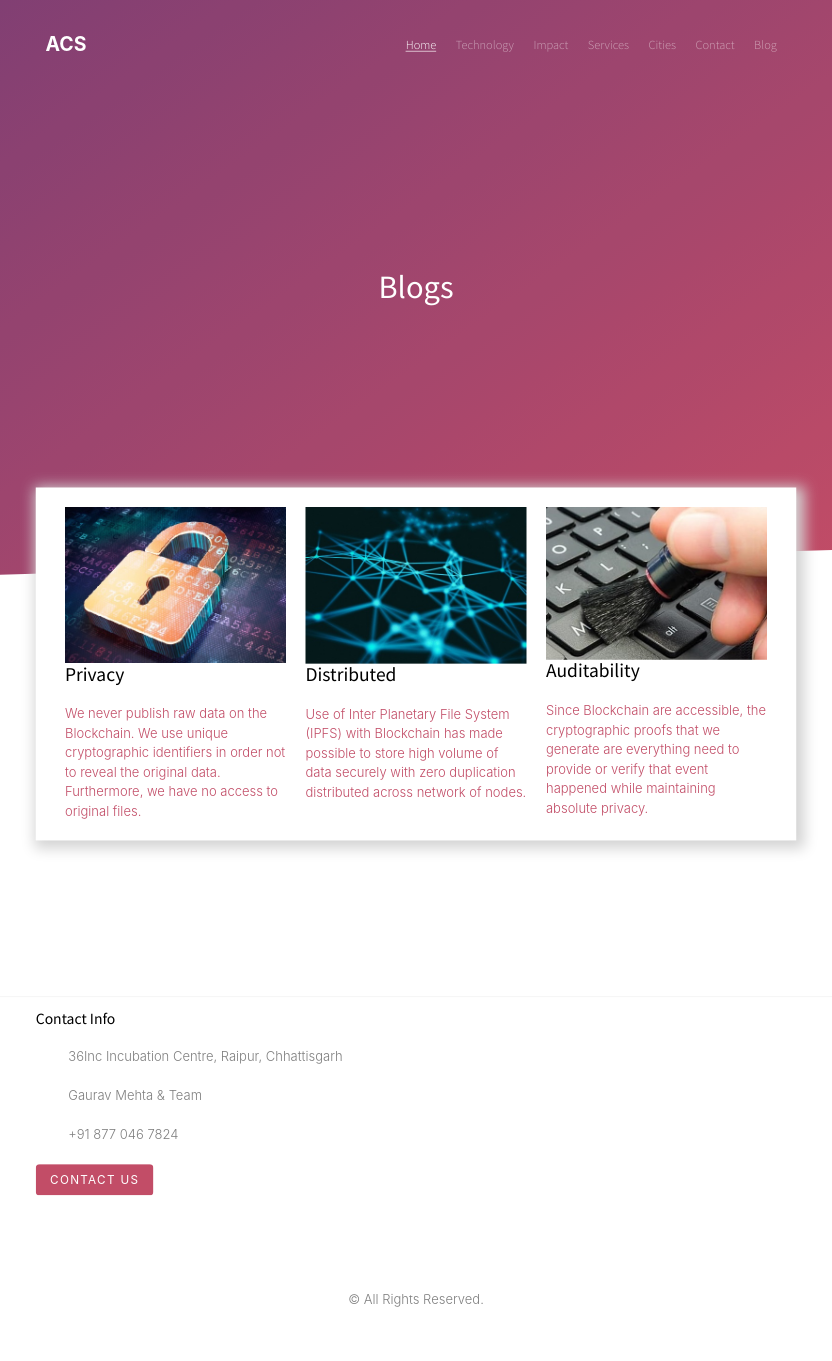
Repository: agarwalrahul-22/acs
Page: /blog
An editor plug-in stored every save of this project. The page is shown before and after the next save, followed by the edit.
The browser window is 1280 px wide. The pictures show the whole page, at 65% of full size.
Some web fonts or font styles are not loaded; a fallback is used. The project was rebuilt for these pictures with package versions that can differ from the ones it lists, and the page was loaded fresh each time. Also part of the build but not shown: src/components/main/LandingComponent.js, src/components/main/TechComponent.js, src/components/main/ImpactComponent.js, src/components/main/ServicesComponent.js, src/components/main/CitiesComponent.js, src/components/main/ContactComponent.js, src/components/MainComponent.js, src/components/IBlogComponent.js.

Above is the page before, as saved 2022-10-10 22:29:10.

### public/index.html
<!DOCTYPE html>
<html lang="en">
  <head>
    <meta charset="utf-8" />
    <link rel="icon" href="%PUBLIC_URL%/favicon.ico" />
    <meta name="viewport" content="width=device-width, initial-scale=1" />
    <meta name="theme-color" content="#000000" />
    <meta name="description" content="Blockchain based Atithi Compliance System" />
    <link rel="apple-touch-icon" href="%PUBLIC_URL%/logo192.png" />
    <link href='https://fonts.googleapis.com/css?family=Source+Sans+Pro:400,300,600,400italic,700' rel='stylesheet'
      type='text/css'>
    <link rel="stylesheet" href="css/animate.css">
    <link rel="stylesheet" href="css/icomoon.css">
    <link rel="stylesheet" href="css/simple-line-icons.css">
    <link rel="stylesheet" href="css/magnific-popup.css">
    <link rel="stylesheet" href="css/bootstrap.css">
    <link rel="stylesheet" href="css/style3.css">
    <!--
      manifest.json provides metadata used when your web app is installed on a
      user's mobile device or desktop. See https://developers.google.com/web/fundamentals/web-app-manifest/
    -->
    <link rel="manifest" href="%PUBLIC_URL%/manifest.json" />
    <!--
      Notice the use of %PUBLIC_URL% in the tags above.
      It will be replaced with the URL of the `public` folder during the build.
      Only files inside the `public` folder can be referenced from the HTML.

      Unlike "/favicon.ico" or "favicon.ico", "%PUBLIC_URL%/favicon.ico" will
      work correctly both with client-side routing and a non-root public URL.
      Learn how to configure a non-root public URL by running `npm run build`.
    -->
    <title>Atithi Compliance System</title>
  </head>
  <body>
    <noscript>You need to enable JavaScript to run this app.</noscript>
    <div id="root"></div>
    <!--
      This HTML file is a template.
      If you open it directly in the browser, you will see an empty page.

      You can add webfonts, meta tags, or analytics to this file.
      The build step will place the bundled scripts into the <body> tag.

      To begin the development, run `npm start` or `yarn start`.
      To create a production bundle, use `npm run build` or `yarn build`.
    -->
  </body>
</html>

### src/components/FooterComponent.js
import React from 'react'

export default function FooterComponent() {
  return (
    <div>
      <section id="fh5co-contact" data-section="contact">
        <hr style={{color:'pink'}}/>
        <div className="container">
          <div className="row">
            <div className="row row-bottom-padded-md">
              <div className="col-md-6 to-animate">
                <h3>Contact Info</h3>
                <ul className="fh5co-contact-info">
                  <li>
                    <i className="icon-home"></i>36Inc Incubation Centre,
                    Raipur, Chhattisgarh
                  </li>
                  <li>
                    <i className="icon-envelope"></i>Gaurav Mehta & Team
                  </li>
                  <li>
                    <i className="icon-phone"></i>+91 877 046 7824
                  </li>
                </ul>
                <div className="form-group ">
                  <a
                    rel="noopener"
                    className="btn btn-primary btn-lg"
                    target="_blank"
                    href="https://docs.google.com/forms/d/e/1FAIpQLScY8eRM8vKYqxOk8EkxHlNGjagj-Hm-ePQu4LbVlgjD5vNo3w/viewform"
                  >
                    Contact Us
                  </a>
                </div>
              </div>
            </div>
          </div>
        </div>
      </section>
      <footer id="footer" role="contentinfo">
        <a href="#" className="gotop js-gotop">
          <i className="icon-arrow-up2"></i>
        </a>
        <div className="container">
          <div className="">
            <div className="col-md-12 text-center">
              <p>&copy; All Rights Reserved.</p>
            </div>
          </div>
        </div>
      </footer>
    </div>
  );
}

### public/css/simple-line-icons.css
@font-face {
  font-family: 'simple-line-icons';
  src:  url('../fonts/simple-line-icons/Simple-Line-Icons.eot?v=2.2.2');
  src:  url('../fonts/simple-line-icons/Simple-Line-Icons.eot?#iefix&v=2.2.2') format('embedded-opentype'),
        url('../fonts/simple-line-icons/Simple-Line-Icons.ttf?v=2.2.2') format('truetype'),
        url('../fonts/simple-line-icons/Simple-Line-Icons.woff2?v=2.2.2') format('woff2'),
        url('../fonts/simple-line-icons/Simple-Line-Icons.woff?v=2.2.2') format('woff'),
        url('../fonts/simple-line-icons/Simple-Line-Icons.svg?v=2.2.2#simple-line-icons') format('svg');
  font-weight: normal;
  font-style: normal;
}
/*
 Use the following CSS code if you want to have a class per icon.
 Instead of a list of all class selectors, you can use the generic [class*="icon-"] selector, but it's slower:
*/
.icon-user,
.icon-people,
.icon-user-female,
.icon-user-follow,
.icon-user-following,
.icon-user-unfollow,
.icon-login,
.icon-logout,
.icon-emotsmile,
.icon-phone,
.icon-call-end,
.icon-call-in,
.icon-call-out,
.icon-map,
.icon-location-pin,
.icon-direction,
.icon-directions,
.icon-compass,
.icon-layers,
.icon-menu,
.icon-list,
.icon-options-vertical,
.icon-options,
.icon-arrow-down,
.icon-arrow-left,
.icon-arrow-right,
.icon-arrow-up,
.icon-arrow-up-circle,
.icon-arrow-left-circle,
.icon-arrow-right-circle,
.icon-arrow-down-circle,
.icon-check,
.icon-clock,
.icon-plus,
.icon-close,
.icon-trophy,
.icon-screen-smartphone,
.icon-screen-desktop,
.icon-plane,
.icon-notebook,
.icon-mustache,
.icon-mouse,
.icon-magnet,
.icon-energy,
.icon-disc,
.icon-cursor,
.icon-cursor-move,
.icon-crop,
.icon-chemistry,
.icon-speedometer,
.icon-shield,
.icon-screen-tablet,
.icon-magic-wand,
.icon-hourglass,
.icon-graduation,
.icon-ghost,
.icon-game-controller,
.icon-fire,
.icon-eyeglass,
.icon-envelope-open,
.icon-envelope-letter,
.icon-bell,
.icon-badge,
.icon-anchor,
.icon-wallet,
.icon-vector,
.icon-speech,
.icon-puzzle,
.icon-printer,
.icon-present,
.icon-playlist,
.icon-pin,
.icon-picture,
.icon-handbag,
.icon-globe-alt,
.icon-globe,
.icon-folder-alt,
.icon-folder,
.icon-film,
.icon-feed,
.icon-drop,
.icon-drawar,
.icon-docs,
.icon-doc,
.icon-diamond,
.icon-cup,
.icon-calculator,
.icon-bubbles,
.icon-briefcase,
.icon-book-open,
.icon-basket-loaded,
.icon-basket,
.icon-bag,
.icon-action-undo,
.icon-action-redo,
.icon-wrench,
.icon-umbrella,
.icon-trash,
.icon-tag,
.icon-support,
.icon-frame,
.icon-size-fullscreen,
.icon-size-actual,
.icon-shuffle,
.icon-share-alt,
.icon-share,
.icon-rocket,
.icon-question,
.icon-pie-chart,
.icon-pencil,
.icon-note,
.icon-loop,
.icon-home,
.icon-grid,
.icon-graph,
.icon-microphone,
.icon-music-tone-alt,
.icon-music-tone,
.icon-earphones-alt,
.icon-earphones,
.icon-equalizer,
.icon-like,
.icon-dislike,
.icon-control-start,
.icon-control-rewind,
.icon-control-play,
.icon-control-pause,
.icon-control-forward,
.icon-control-end,
.icon-volume-1,
.icon-volume-2,
.icon-volume-off,
.icon-calendar,
.icon-bulb,
.icon-chart,
.icon-ban,
.icon-bubble,
.icon-camrecorder,
.icon-camera,
.icon-cloud-download,
.icon-cloud-upload,
.icon-envelope,
.icon-eye,
.icon-flag,
.icon-heart,
.icon-info,
.icon-key,
.icon-link,
.icon-lock,
.icon-lock-open,
.icon-magnifier,
.icon-magnifier-add,
.icon-magnifier-remove,
.icon-paper-clip,
.icon-paper-plane,
.icon-power,
.icon-refresh,
.icon-reload,
.icon-settings,
.icon-star,
.icon-symble-female,
.icon-symbol-male,
.icon-target,
.icon-credit-card,
.icon-paypal,
.icon-social-tumblr,
.icon-social-twitter,
.icon-social-facebook,
.icon-social-instagram,
.icon-social-linkedin,
.icon-social-pinterest,
.icon-social-github,
.icon-social-gplus,
.icon-social-reddit,
.icon-social-skype,
.icon-social-dribbble,
.icon-social-behance,
.icon-social-foursqare,
.icon-social-soundcloud,
.icon-social-spotify,
.icon-social-stumbleupon,
.icon-social-youtube,
.icon-social-dropbox {
  font-family: 'simple-line-icons';
  speak: none;
  font-style: normal;
  font-weight: normal;
  font-variant: normal;
  text-transform: none;
  line-height: 1;
  /* Better Font Rendering =========== */
  -webkit-font-smoothing: antialiased;
  -moz-osx-font-smoothing: grayscale;
}
.icon-user:before {
  content: "\e005";
}
.icon-people:before {
  content: "\e001";
}
.icon-user-female:before {
  content: "\e000";
}
.icon-user-follow:before {
  content: "\e002";
}
.icon-user-following:before {
  content: "\e003";
}
.icon-user-unfollow:before {
  content: "\e004";
}
.icon-login:before {
  content: "\e066";
}
.icon-logout:before {
  content: "\e065";
}
.icon-emotsmile:before {
  content: "\e021";
}
.icon-phone:before {
  content: "\e600";
}
.icon-call-end:before {
  content: "\e048";
}
.icon-call-in:before {
  content: "\e047";
}
.icon-call-out:before {
  content: "\e046";
}
.icon-map:before {
  content: "\e033";
}
.icon-location-pin:before {
  content: "\e096";
}
.icon-direction:before {
  content: "\e042";
}
.icon-directions:before {
  content: "\e041";
}
.icon-compass:before {
  content: "\e045";
}
.icon-layers:before {
  content: "\e034";
}
.icon-menu:before {
  content: "\e601";
}
.icon-list:before {
  content: "\e067";
}
.icon-options-vertical:before {
  content: "\e602";
}
.icon-options:before {
  content: "\e603";
}
.icon-arrow-down:before {
  content: "\e604";
}
.icon-arrow-left:before {
  content: "\e605";
}
.icon-arrow-right:before {
  content: "\e606";
}
.icon-arrow-up:before {
  content: "\e607";
}
.icon-arrow-up-circle:before {
  content: "\e078";
}
.icon-arrow-left-circle:before {
  content: "\e07a";
}
.icon-arrow-right-circle:before {
  content: "\e079";
}
.icon-arrow-down-circle:before {
  content: "\e07b";
}
.icon-check:before {
  content: "\e080";
}
.icon-clock:before {
  content: "\e081";
}
.icon-plus:before {
  content: "\e095";
}
.icon-close:before {
  content: "\e082";
}
.icon-trophy:before {
  content: "\e006";
}
.icon-screen-smartphone:before {
  content: "\e010";
}
.icon-screen-desktop:before {
  content: "\e011";
}
.icon-plane:before {
  content: "\e012";
}
.icon-notebook:before {
  content: "\e013";
}
.icon-mustache:before {
  content: "\e014";
}
.icon-mouse:before {
  content: "\e015";
}
.icon-magnet:before {
  content: "\e016";
}
.icon-energy:before {
  content: "\e020";
}
.icon-disc:before {
  content: "\e022";
}
.icon-cursor:before {
  content: "\e06e";
}
.icon-cursor-move:before {
  content: "\e023";
}
.icon-crop:before {
  content: "\e024";
}
.icon-chemistry:before {
  content: "\e026";
}
.icon-speedometer:before {
  content: "\e007";
}
.icon-shield:before {
  content: "\e00e";
}
.icon-screen-tablet:before {
  content: "\e00f";
}
.icon-magic-wand:before {
  content: "\e017";
}
.icon-hourglass:before {
  content: "\e018";
}
.icon-graduation:before {
  content: "\e019";
}
.icon-ghost:before {
  content: "\e01a";
}
.icon-game-controller:before {
  content: "\e01b";
}
.icon-fire:before {
  content: "\e01c";
}
.icon-eyeglass:before {
  content: "\e01d";
}
.icon-envelope-open:before {
  content: "\e01e";
}
.icon-envelope-letter:before {
  content: "\e01f";
}
.icon-bell:before {
  content: "\e027";
}
.icon-badge:before {
  content: "\e028";
}
.icon-anchor:before {
  content: "\e029";
}
.icon-wallet:before {
  content: "\e02a";
}
.icon-vector:before {
  content: "\e02b";
}
.icon-speech:before {
  content: "\e02c";
}
.icon-puzzle:before {
  content: "\e02d";
}
.icon-printer:before {
  content: "\e02e";
}
.icon-present:before {
  content: "\e02f";
}
.icon-playlist:before {
  content: "\e030";
}
.icon-pin:before {
  content: "\e031";
}
.icon-picture:before {
  content: "\e032";
}
.icon-handbag:before {
  content: "\e035";
}
.icon-globe-alt:before {
  content: "\e036";
}
.icon-globe:before {
  content: "\e037";
}
.icon-folder-alt:before {
  content: "\e039";
}
.icon-folder:before {
  content: "\e089";
}
.icon-film:before {
  content: "\e03a";
}
.icon-feed:before {
  content: "\e03b";
}
.icon-drop:before {
  content: "\e03e";
}
.icon-drawar:before {
  content: "\e03f";
}
.icon-docs:before {
  content: "\e040";
}
.icon-doc:before {
  content: "\e085";
}
.icon-diamond:before {
  content: "\e043";
}
.icon-cup:before {
  content: "\e044";
}
.icon-calculator:before {
  content: "\e049";
}
.icon-bubbles:before {
  content: "\e04a";
}
.icon-briefcase:before {
  content: "\e04b";
}
.icon-book-open:before {
  content: "\e04c";
}
.icon-basket-loaded:before {
  content: "\e04d";
}
.icon-basket:before {
  content: "\e04e";
}
.icon-bag:before {
  content: "\e04f";
}
.icon-action-undo:before {
  content: "\e050";
}
.icon-action-redo:before {
  content: "\e051";
}
.icon-wrench:before {
  content: "\e052";
}
.icon-umbrella:before {
  content: "\e053";
}
.icon-trash:before {
  content: "\e054";
}
.icon-tag:before {
  content: "\e055";
}
.icon-support:before {
  content: "\e056";
}
.icon-frame:before {
  content: "\e038";
}
.icon-size-fullscreen:before {
  content: "\e057";
}
.icon-size-actual:before {
  content: "\e058";
}
.icon-shuffle:before {
  content: "\e059";
}
.icon-share-alt:before {
  content: "\e05a";
}
.icon-share:before {
  content: "\e05b";
}
.icon-rocket:before {
  content: "\e05c";
}
.icon-question:before {
  content: "\e05d";
}
.icon-pie-chart:before {
  content: "\e05e";
}
.icon-pencil:before {
  content: "\e05f";
}
.icon-note:before {
  content: "\e060";
}
.icon-loop:before {
  content: "\e064";
}
.icon-home:before {
  content: "\e069";
}
.icon-grid:before {
  content: "\e06a";
}
.icon-graph:before {
  content: "\e06b";
}
.icon-microphone:before {
  content: "\e063";
}
.icon-music-tone-alt:before {
  content: "\e061";
}
.icon-music-tone:before {
  content: "\e062";
}
.icon-earphones-alt:before {
  content: "\e03c";
}
.icon-earphones:before {
  content: "\e03d";
}
.icon-equalizer:before {
  content: "\e06c";
}
.icon-like:before {
  content: "\e068";
}
.icon-dislike:before {
  content: "\e06d";
}
.icon-control-start:before {
  content: "\e06f";
}
.icon-control-rewind:before {
  content: "\e070";
}
.icon-control-play:before {
  content: "\e071";
}
.icon-control-pause:before {
  content: "\e072";
}
.icon-control-forward:before {
  content: "\e073";
}
.icon-control-end:before {
  content: "\e074";
}
.icon-volume-1:before {
  content: "\e09f";
}
.icon-volume-2:before {
  content: "\e0a0";
}
.icon-volume-off:before {
  content: "\e0a1";
}
.icon-calendar:before {
  content: "\e075";
}
.icon-bulb:before {
  content: "\e076";
}
.icon-chart:before {
  content: "\e077";
}
.icon-ban:before {
  content: "\e07c";
}
.icon-bubble:before {
  content: "\e07d";
}
.icon-camrecorder:before {
  content: "\e07e";
}
.icon-camera:before {
  content: "\e07f";
}
.icon-cloud-download:before {
  content: "\e083";
}
.icon-cloud-upload:before {
  content: "\e084";
}
.icon-envelope:before {
  content: "\e086";
}
.icon-eye:before {
  content: "\e087";
}
.icon-flag:before {
  content: "\e088";
}
.icon-heart:before {
  content: "\e08a";
}
.icon-info:before {
  content: "\e08b";
}
.icon-key:before {
  content: "\e08c";
}
.icon-link:before {
  content: "\e08d";
}
.icon-lock:before {
  content: "\e08e";
}
.icon-lock-open:before {
  content: "\e08f";
}
.icon-magnifier:before {
  content: "\e090";
}
.icon-magnifier-add:before {
  content: "\e091";
}
.icon-magnifier-remove:before {
  content: "\e092";
}
.icon-paper-clip:before {
  content: "\e093";
}
.icon-paper-plane:before {
  content: "\e094";
}
.icon-power:before {
  content: "\e097";
}
.icon-refresh:before {
  content: "\e098";
}
.icon-reload:before {
  content: "\e099";
}
.icon-settings:before {
  content: "\e09a";
}
.icon-star:before {
  content: "\e09b";
}
.icon-symble-female:before {
  content: "\e09c";
}
.icon-symbol-male:before {
  content: "\e09d";
}
.icon-target:before {
  content: "\e09e";
}
.icon-credit-card:before {
  content: "\e025";
}
.icon-paypal:before {
  content: "\e608";
}
.icon-social-tumblr:before {
  content: "\e00a";
}
.icon-social-twitter:before {
  content: "\e009";
}
.icon-social-facebook:before {
  content: "\e00b";
}
.icon-social-instagram:before {
  content: "\e609";
}
.icon-social-linkedin:before {
  content: "\e60a";
}
.icon-social-pinterest:before {
  content: "\e60b";
}
.icon-social-github:before {
  content: "\e60c";
}
.icon-social-gplus:before {
  content: "\e60d";
}
.icon-social-reddit:before {
  content: "\e60e";
}
.icon-social-skype:before {
  content: "\e60f";
}
.icon-social-dribbble:before {
  content: "\e00d";
}
.icon-social-behance:before {
  content: "\e610";
}
.icon-social-foursqare:before {
  content: "\e611";
}
.icon-social-soundcloud:before {
  content: "\e612";
}
.icon-social-spotify:before {
  content: "\e613";
}
.icon-social-stumbleupon:before {
  content: "\e614";
}
.icon-social-youtube:before {
  content: "\e008";
}
.icon-social-dropbox:before {
  content: "\e00c";
}

Loaded but not shown: src/index.js (common file); src/index.css (common file); src/reportWebVitals.js (common file); public/css/animate.css (library); public/css/icomoon.css (common file); public/css/magnific-popup.css (library); public/css/bootstrap.css (library); src/components/BlogComponent.js (91 lines, source omitted); src/components/HeaderComponent.js (68 lines, source omitted); src/App.js (40 lines, source omitted); public/css/style3.css (1411 lines, source omitted)

After the next save:
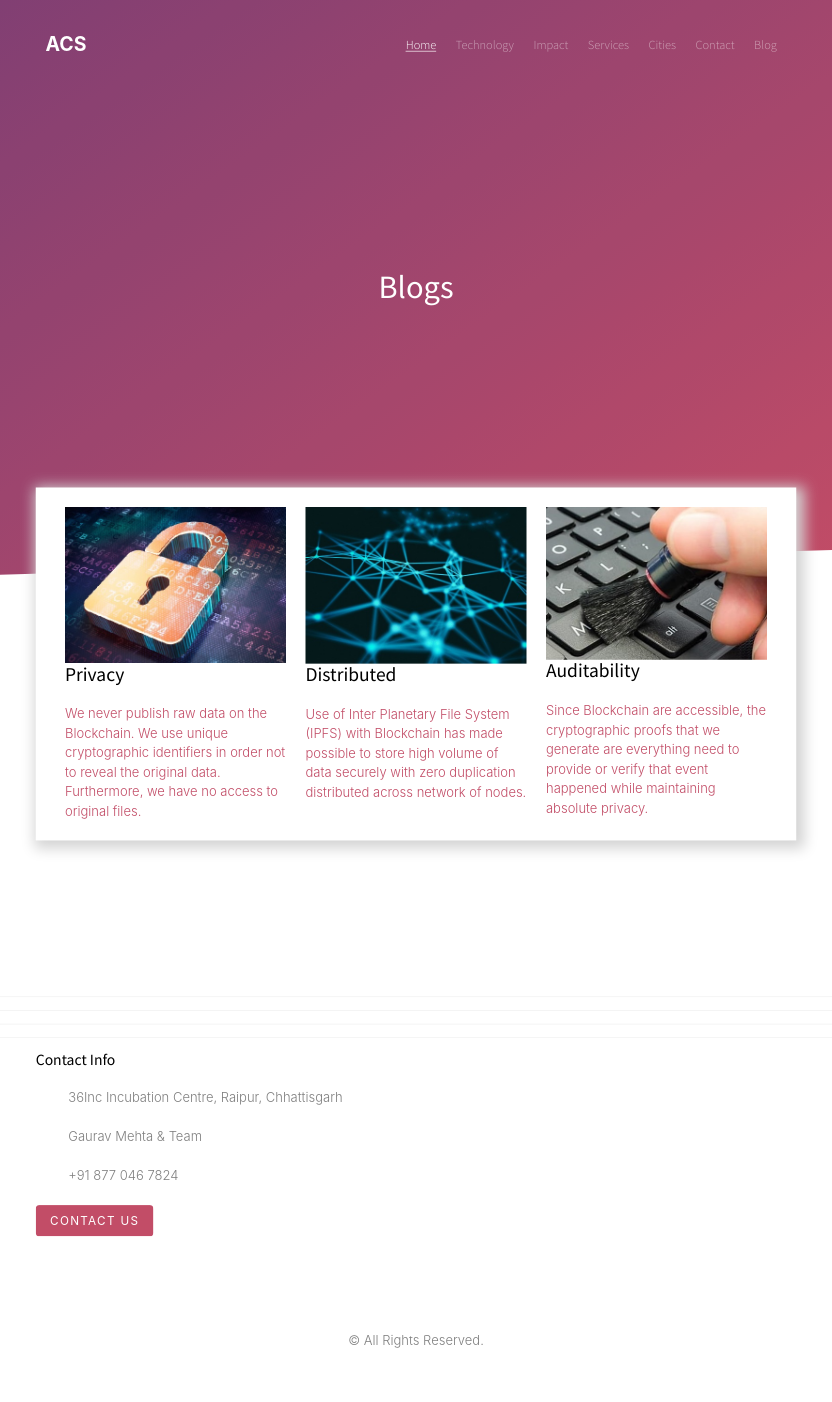
Saved 9 s later.
--- a/src/components/FooterComponent.js
+++ b/src/components/FooterComponent.js
@@ -4,7 +4,10 @@
   return (
     <div>
       <section id="fh5co-contact" data-section="contact">
-        <hr style={{color:'pink'}}/>
+        <hr style={{ color: "pink" }} />
+        <hr style={{ color: "pink" }} />
+        <hr style={{ color: "pink" }} />
+        <hr style={{ color: "pink" }} />
         <div className="container">
           <div className="row">
             <div className="row row-bottom-padded-md">

After the save that followed:
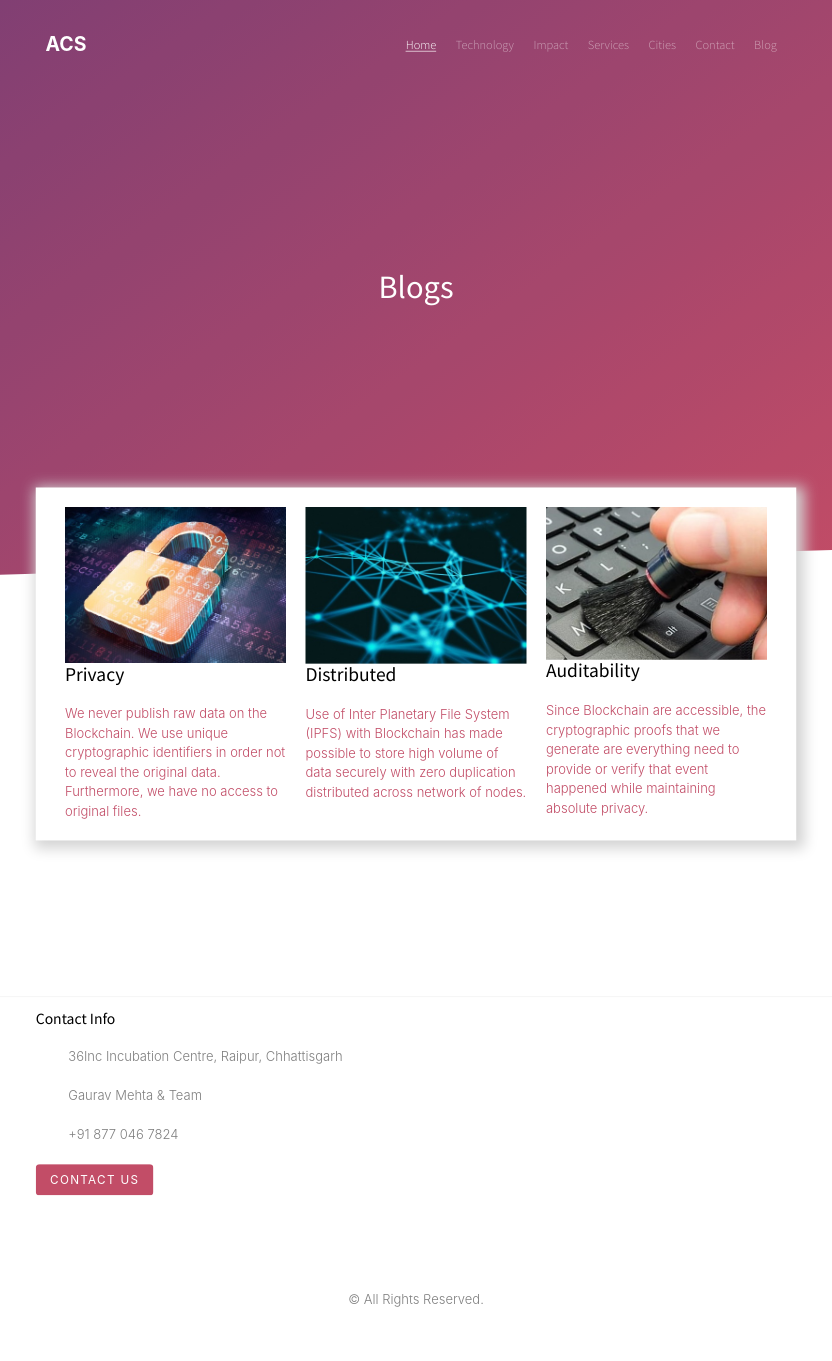
Saved 8 s later.
--- a/src/components/FooterComponent.js
+++ b/src/components/FooterComponent.js
@@ -4,9 +4,6 @@
   return (
     <div>
       <section id="fh5co-contact" data-section="contact">
-        <hr style={{ color: "pink" }} />
-        <hr style={{ color: "pink" }} />
-        <hr style={{ color: "pink" }} />
         <hr style={{ color: "pink" }} />
         <div className="container">
           <div className="row">
